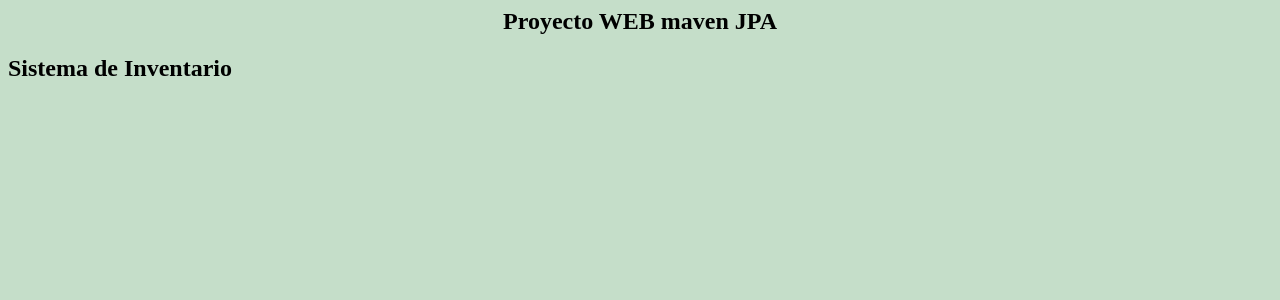
Repository: MiguelAngelLuna/ProyectoJPAMAVEN
Page: http://localhost/ProyectoMaven/
These files come from the project's save history. The page is drawn as it stood at one moment and after the next save; the edit follows.
The browser window is 1280 px wide. The pictures show the whole page.
The page is served by Tomcat 9.

Above is the page before, as saved 2024-10-03 14:24:32.

After the next save:
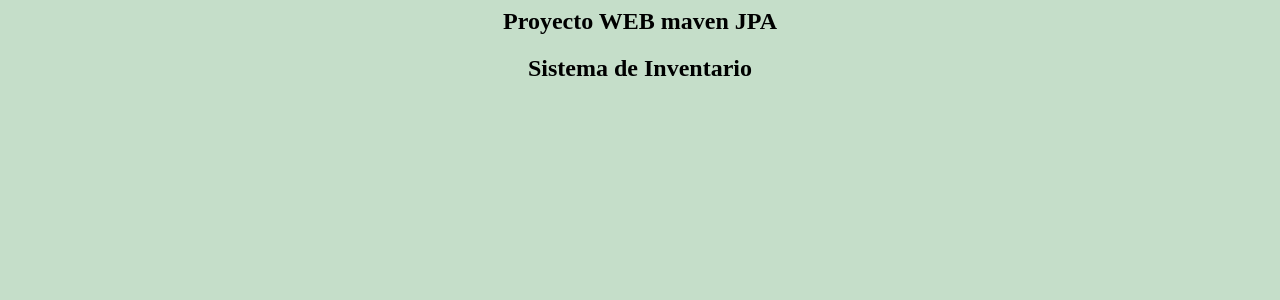
Saved 20 s later.
--- a/ProyectoMaven/src/main/webapp/index.jsp
+++ b/ProyectoMaven/src/main/webapp/index.jsp
@@ -1,6 +1,6 @@
 <html>
 <body bgcolor="#c5dec9">
 <h2 align="center">Proyecto WEB maven JPA</h2>
-<h2>Sistema de Inventario</h2>
+<h2 align="center">Sistema de Inventario</h2>
 </body>
 </html>
